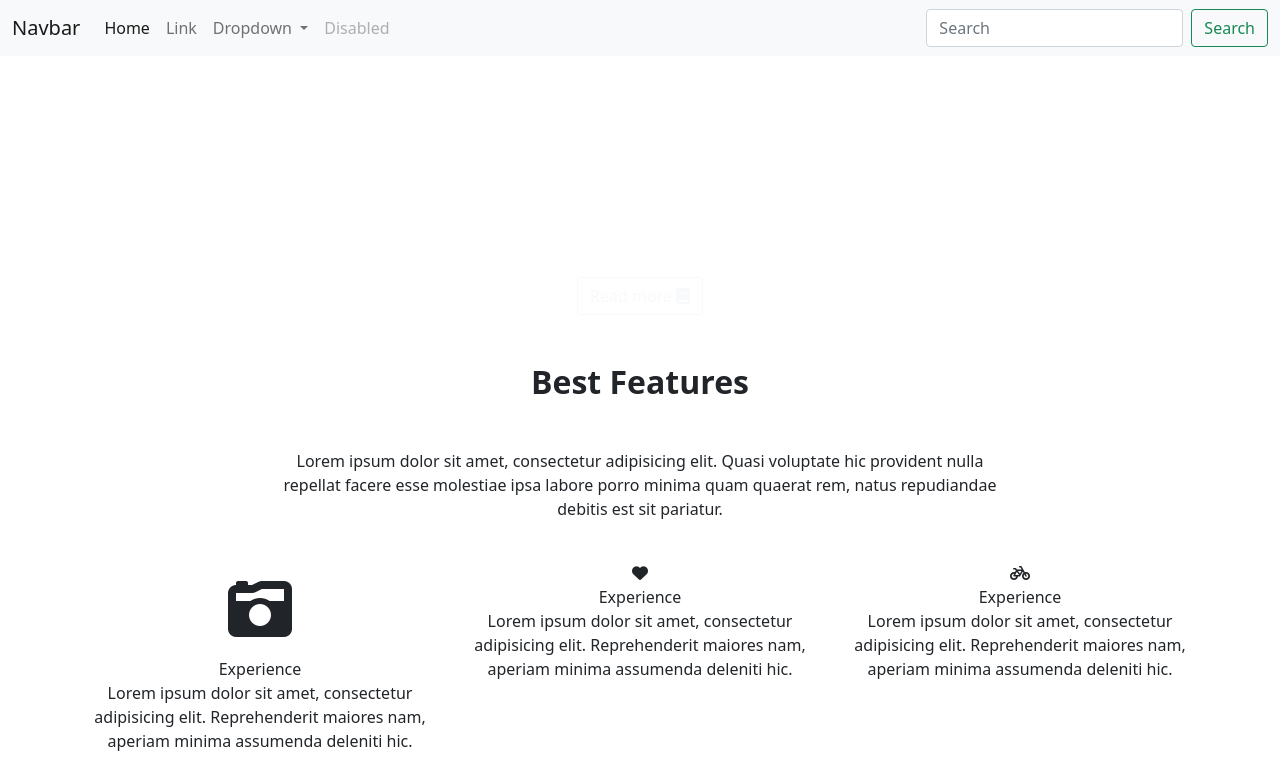
Repository: nptg3105/lab04-landing-page-boostrap5
Page: index.html
An editor plug-in stored every save of this project. The page is shown before and after the next save, followed by the edit.
The browser window is 1280 px wide. The pictures show the whole page.

Above is the page before, as saved 2021-12-19 10:19:52.

After the next save:
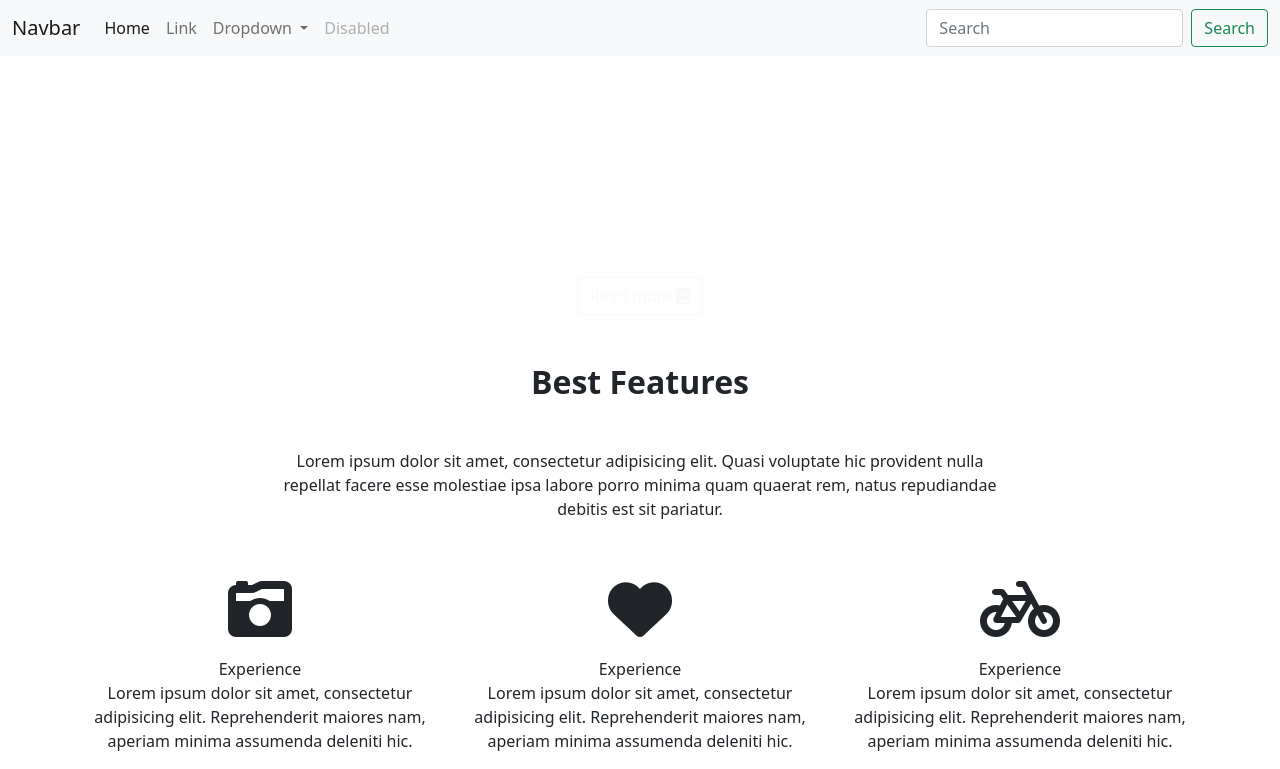
Saved 18 s later.
--- a/index.html
+++ b/index.html
@@ -102,12 +102,12 @@
               <div class="feature__desc">Lorem ipsum dolor sit amet, consectetur adipisicing elit. Reprehenderit maiores nam, aperiam minima assumenda deleniti hic.</div>
             </div>
             <div class="feature__item col-md-4">
-              <div class="feature__icon"><i class="fas fa-heart"></i></div>
+              <div class="feature__icon fa-4x"><i class="fas fa-heart"></i></div>
               <div class="feature__title">Experience</div>
               <div class="feature__desc">Lorem ipsum dolor sit amet, consectetur adipisicing elit. Reprehenderit maiores nam, aperiam minima assumenda deleniti hic.</div>
             </div>
             <div class="feature__item col-md-4">
-              <div class="feature__icon"><i class="fas fa-bicycle"></i></div>
+              <div class="feature__icon fa-4x"><i class="fas fa-bicycle"></i></div>
               <div class="feature__title">Experience</div>
               <div class="feature__desc">Lorem ipsum dolor sit amet, consectetur adipisicing elit. Reprehenderit maiores nam, aperiam minima assumenda deleniti hic.</div>
             </div>
